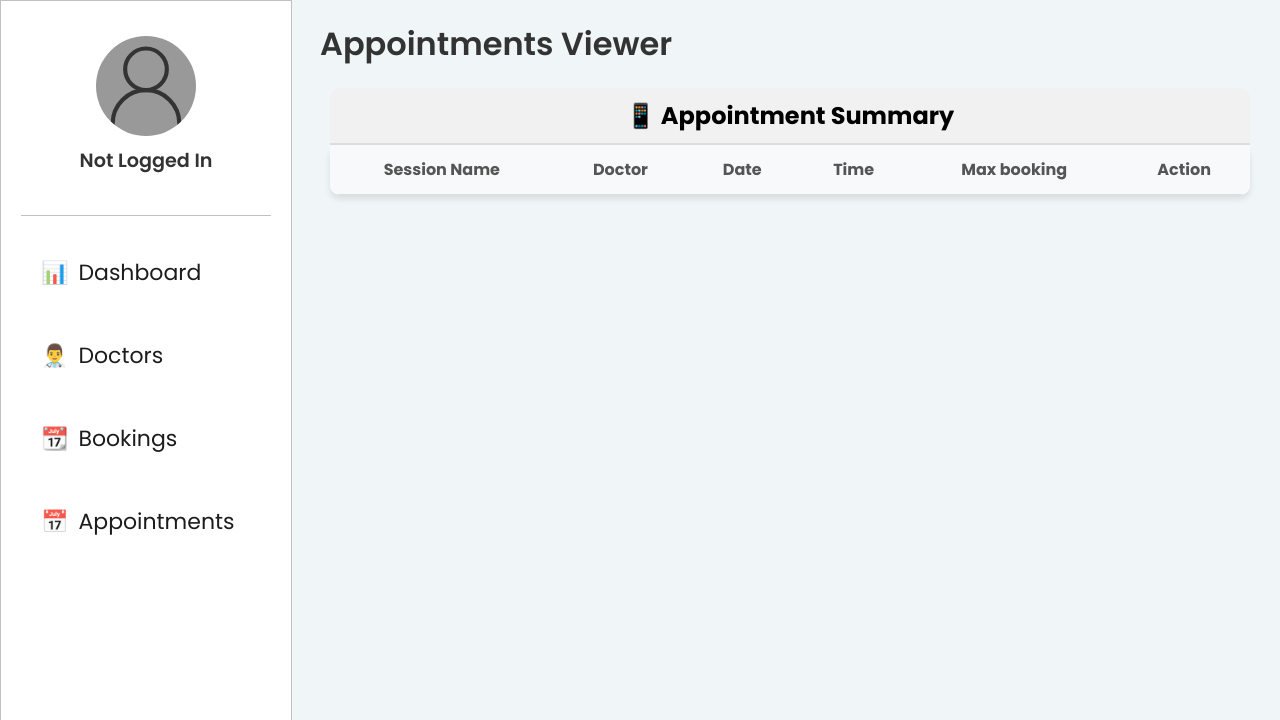
Repository: AriaFantom/Minor-Project
Page: http://localhost/Project/dashboard/patient/appointments.jsp
These files come from the project's save history. The page is drawn as it stood at one moment and after the next save; the edit follows.
The browser window is 1280 px wide. The pictures show the whole page.
Some web fonts or font styles are not loaded; a fallback is used. The page is served by Tomcat 10. Other server files are loaded and not shown. Queries for data that is not in the repository find no rows.

Above is the page before, as saved 2025-01-11 15:06:54.

### Project/src/main/webapp/dashboard/patient/appointments.jsp
<%@ page language="java" contentType="text/html; charset=UTF-8"
    pageEncoding="UTF-8"%>
    <%@page import="java.sql.*" %>
<%@ page import="java.text.SimpleDateFormat" %>
<%@ page import="java.util.Date" %>
<!DOCTYPE html>
<html lang="en">
<head>
  <meta charset="UTF-8">
  <title>Title</title>
  <link rel="stylesheet" href="../../css/patient-panel.css">
</head>
<body>
<aside class="side-bar">
  <div class="user-info">
    <svg xmlns="http://www.w3.org/2000/svg" width="24" height="24" viewBox="0 0 24 24" fill="none"
         stroke="currentColor"
         stroke-width="1" stroke-linecap="round" stroke-linejoin="round" class="user-avatar">
      <circle cx="12" cy="8" r="5"/>
      <path d="M20 21a8 8 0 0 0-16 0"/>
    </svg>
     <%
                String username = "";
                String doctorEmail = (String) session.getAttribute("email");
                Connection conn = null;
                PreparedStatement pstm = null;
                ResultSet rs = null;
                try {
                    Class.forName("com.mysql.cj.jdbc.Driver");
                    String url="jdbc:mysql://localhost:3306/minorproject";
                    String uid="root";
                    String upass="1234";
                    conn=DriverManager.getConnection(url,uid,upass);

                    pstm = conn.prepareStatement("SELECT username from patients where email = ?");
                    pstm.setString(1, doctorEmail);
                    rs = pstm.executeQuery();
                    if (rs.next()) {
                        username = rs.getString("username");
                    }
                } catch (Exception e) {
                    e.printStackTrace();
                }
            %>
        <p><%= username != null && !username.trim().isEmpty() ? username : "Not Logged In" %></p>
  </div>
  <ul class="siderbar-navlinks">
    <li>
      <a href="panel.jsp">
        <div class="icon">📊</div>
        Dashboard
      </a>
    </li>
    <li>
      <a href="doctor.jsp">
        <div class="icon">👨‍⚕️</div>
        Doctors
      </a>
    </li>
    <li>
      <a href="booking.jsp">
        <div class="icon">📆</div>
        Bookings
      </a>
    </li>
    <li>
      <a href="appointments.jsp">
        <div class="icon">📅</div>
        Appointments
      </a>
    </li>
  </ul>
</aside>
<main>
  <div class="top-heading">
    <h4 class="panel-heading">Appointments Viewer</h4>
  </div>
  <div class="container">
    <table class="appointment-table">
      <caption>📱 Appointment Summary</caption>
      <thead>
      <tr>
        <th>Session Name</th>
        <th>Doctor</th>
        <th>Date</th>
        <th>Time</th>
        <th>Max booking</th>
        <th>Action</th>
      </tr>
      </thead>
      <tbody>
    <%
    try {
        Class.forName("com.mysql.cj.jdbc.Driver");
        String url="jdbc:mysql://localhost:3306/minorproject";
        String uid="root";
        String upass="1234";
        conn=DriverManager.getConnection(url,uid,upass);
        pstm = conn.prepareStatement("SELECT "+
        	    "s.name AS `session`, " +
        	    "a.id AS `appointmentid`, " +
        	    "p.username AS `patient`, " +
        	    "s.week AS `week`, " +
        	    "s.start_time AS `start`, " +
        	    "s.end_time AS `end` " +
        	"FROM " +
        	    "appointments a " +
        	"INNER JOIN " +
        	    "doctors d ON a.doctor_id = d.id " +
        	"INNER JOIN " +
        	    "patients p ON a.patient_id = p.id " +
        	"INNER JOIN " +
        	    "schedule s ON a.schedule = s.id " +
        	"WHERE " +
        	    "p.email = ? " +
        	"ORDER BY " +
        	    "s.week ASC, " +
        	    "s.start_time ASC; ");

        pstm.setString(1, doctorEmail);
        rs = pstm.executeQuery();

        while (rs.next()) {
        	String name = rs.getString("session");
        	int appointment_id = rs.getInt("appointmentid");
        	String patient = rs.getString("patient");
        	int week = rs.getInt("week");
            String[] days = {"Monday", "Tuesday", "Wednesday", "Thursday", "Friday", "Saturday", "Sunday"};
            String dayName = (week >= 1 && week <= 7) ? days[week - 1] : "Unknown Day";
            String startTime = rs.getString("start");
            String endTime = rs.getString("end");
            String formattedStartTime = startTime.substring(0, 5);
            String formattedEndTime = endTime.substring(0, 5);

    %>
      <tr>
        <td>Shirt</td>
        <td>$20</td>
        <td>10</td>
        <td>$200</td>
        <td>10</td>
        <td>$200</td>
      </tr>
       <% }
                    } catch (Exception e) {
                 e.printStackTrace(); %>
                 <tr>
                    <td colspan="7" style="color:red;">Error retrieving sessions</td>
                </tr>
            <% } %>
      </tbody>
    </table>
  </div>
</main>

</body>
</html>

### Project/src/main/webapp/css/patient-panel.css
@import url('https://fonts.googleapis.com/css2?family=DM+Serif+Text:ital@0;1&family=PT+Sans:ital,wght@0,400;0,700;1,400;1,700&family=Poppins:ital,wght@0,100;0,200;0,300;0,400;0,500;0,600;0,700;0,800;0,900;1,100;1,200;1,300;1,400;1,500;1,600;1,700;1,800;1,900&family=Ubuntu:ital,wght@0,300;0,400;0,500;0,700;1,300;1,400;1,500;1,700&display=swap');

* {
    margin: 0;
    padding: 0;
}

body {
    background-color: #f0f6f8;
}


.side-bar {
    background: #fff;
    font-family: "Poppins", sans-serif;
    position: fixed;
    padding: 5px 20px;
    top: 0;
    left: 0;
    width: 250px;
    height: 100%;
    border: 1px solid rgba(51, 51, 51, 0.3);
    transition: 0.5s;
}

.user-info {
    display: flex;
    flex-direction: column;
    justify-content: center;
    align-items: center;
    padding: 30px 0px;
    border-bottom: 1px solid rgba(51, 51, 51, 0.3);
}

.user-avatar {
    width: 100px;
    height: 100px;
    border-radius: 50%;
    color: #333333;
    background: #999999;
}

.user-info p {
    margin: 10px 0;
    font-size: 1.2rem;
    font-weight: 600;
    color: #333333;
}

/* Nav Links */

.siderbar-navlinks {
    display: flex;
    flex-direction: column;
    gap: 10px;
    margin-top: 20px;
    list-style: none;
}

.side-bar li,
.side-bar a {
    text-decoration: none;
    font-size: 22px;
    display: flex;
    color: rgba(0, 0, 0, 0.89);
    gap: 10px;
    align-items: center;
    cursor: pointer;
    padding: 10px;
    transition: 0.5s;
}

.side-bar li:hover {
    background: #96c2c2;
    border-radius: 5px;
}

main {
    font-family: "Poppins", sans-serif;
    margin-left: 300px;
    padding: 20px;

}

.top-heading {
    display: flex;
    flex-direction: row;
    justify-content: space-between;
    margin-bottom: 20px;
}

.add-button {
    background-color: #3d8182;
    color: white;
    padding: 10px 20px;
    border-radius: 5px;
    font-size: 1.2rem;
    font-weight: 600;
    cursor: pointer;
    transition: 0.5s;
    border: none;
}

.panel-heading {
    font-size: 2rem;
    font-weight: 600;
    color: #333333;
}

.stats-container {
    display: grid;
    grid-template-columns: repeat(4, 1fr);
    gap: 20px;

    width: 100%;
}

.stats-card {
    background-color: white;
    border-radius: 12px;
    box-shadow: 0 8px 20px rgba(0, 0, 0, 0.08);
    padding: 25px;
    text-align: center;
    transition: all 0.3s ease;
    position: relative;
    overflow: hidden;
}

.stats-card:hover {
    transform: translateY(-10px);
    box-shadow: 0 12px 25px rgba(0, 0, 0, 0.12);
}

.stats-icon {
    font-size: 45px;
    margin-bottom: 15px;
    opacity: 0.7;
}

.stats-number {
    font-size: 36px;
    font-weight: bold;
    color: #2c3e50;
    margin-bottom: 10px;
}

.stats-label {
    font-size: 14px;
    color: #7f8c8d;
    text-transform: uppercase;
    letter-spacing: 1px;
}

/* All the tables in the main section */
.container {
    margin: 20px 10px;
    display: flex;
    gap: 40px;
    justify-content: space-between;
}

.appointment-table {
    width: 100%;
    border-collapse: collapse;
    background-color: #fff;
    border-radius: 10px;
    box-shadow: 0 4px 6px rgba(0, 0, 0, 0.1);
    overflow: hidden;
}

.appointment-table caption {
    font-size: 1.5em;
    font-weight: bold;
    padding: 10px;
    text-align: center;
    background-color: #f1f1f1;
    border-bottom: 2px solid #ddd;
}

.appointment-table th, .appointment-table td {

    padding: 12px 18px;
    text-align: center;
    border-bottom: 1px solid #ddd;
}

.appointment-table th {
    background-color: #f8f9fa;
    color: #555;
}

.appointment-table tr:hover {
    background-color: #f1f1f1;
}

.appointment-table td {
    font-size: 1em;
}

.bookings-container {
    display: flex;
    flex-direction: column;
    gap: 4px;
}

.bookings-card,
.doctor-card {
    cursor: pointer;
    display: flex;
    flex-direction: column;
    gap: 5px;
    background-color: white;
    border-radius: 12px;
    box-shadow: 0 8px 20px rgba(0, 0, 0, 0.08);
    padding: 25px;
    text-align: start;
    transition: all 0.3s ease;
    position: relative;
    overflow: hidden;
}

.bookings-card:hover,
.doctor-card:hover {
    box-shadow: 0 12px 25px rgba(0, 0, 0, 0.12);
}

.bookings-card h2 {
    font-size: 1.5rem;
    font-weight: 600;
    color: #59a5a6;
}

.highlight-text {
    font-size: 1.2rem;
    font-weight: 600;
    color: #333333;
}
.searchbar-header {
    display: flex;
    flex-direction: row;
    justify-content: space-between;
    align-items: center;
    margin-bottom: 20px;
    width: 100%;
}
.searchbar-header input {
    padding: 10px;
    border-radius: 5px;
    border: 1px solid #ccc;
    width: 300px;
    font-size: 1.2rem;
}
.searchbar-header button {
    padding: 10px 20px;
    border-radius: 5px;
    background-color: #3d8182;
    color: white;
    font-size: 1.2rem;
    font-weight: 600;
    cursor: pointer;
    border: none;
}

.doctors-container {
    display: flex;
    flex-wrap: wrap;
    gap: 20px;
}
.doctor-card {
	width: 300px;
	height: 300px;
    padding: 20px 40px;
    display: flex;
    flex-direction: column;
    align-items: center;
    text-align: center;
}


.slots-container {
        margin-top: 10px;
    }
.slots-label {
        font-weight: bold;
        color: #333;
    }
.slots-select {
        margin-top: 5px;
        width: 100%;
        padding: 5px;
        border-radius: 4px;
        border: 1px solid #ccc;
        font-size: 14px;
        background: #fff;
    }
.no-schedules {
        margin-top: 5px;
        color: #888;
        font-size: 14px;
}
.alert {
            padding: 15px;
            margin: 20px auto;
            border-radius: 4px;
            width: 95%;
            font-size: 16px;
            text-align: center;
}
.alert-success {
            color: #155724;
            background-color: #d4edda;
            border: 1px solid #c3e6cb;
}
.alert-danger {
            color: #721c24;
            background-color: #f8d7da;
            border: 1px solid #f5c6cb;
 }
.errordiv {
	display: flex;
	flex-direction: column;
	align-items:center;
	justify-content:center;
	background-color: #96c2c2;
	height: 100vh;
	width: 100%;
	font-family: "Poppins", sans-serif;
}

.errordiv h1 {
	text-transform: uppercase;
}

After the next save:
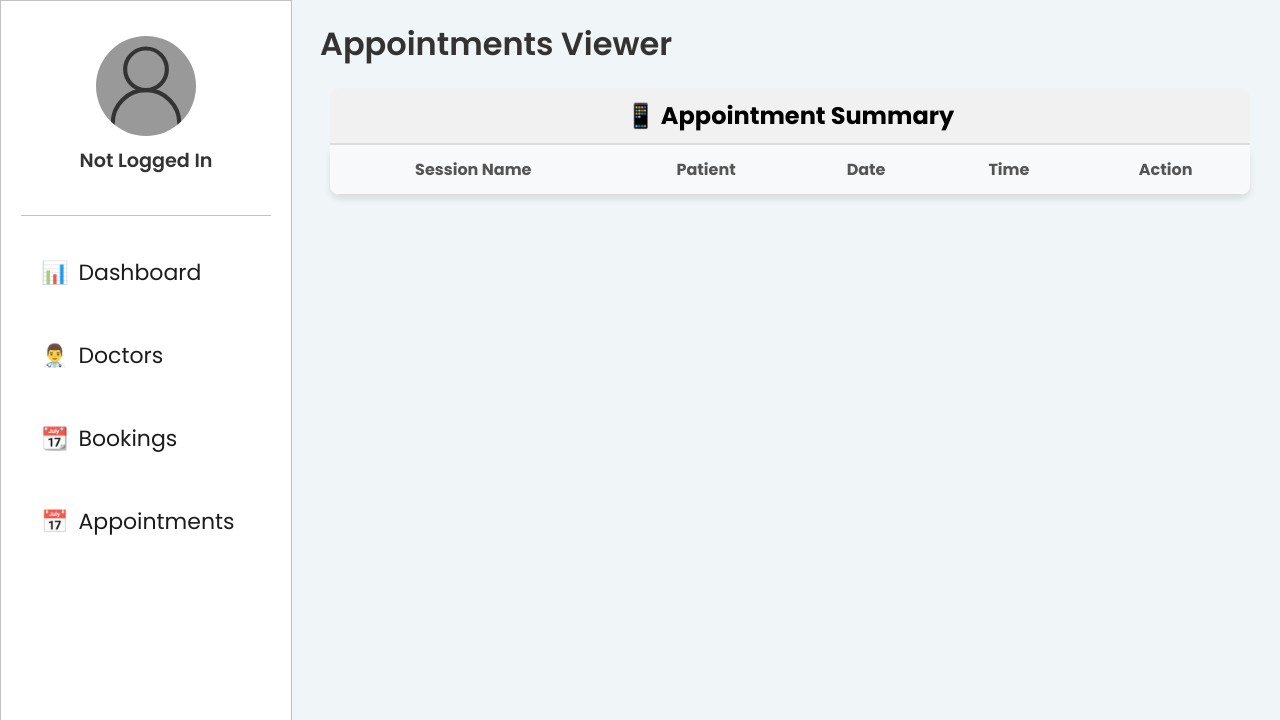
Saved 62 s later.
--- a/Project/src/main/webapp/dashboard/patient/appointments.jsp
+++ b/Project/src/main/webapp/dashboard/patient/appointments.jsp
@@ -80,12 +80,12 @@
       <caption>📱 Appointment Summary</caption>
       <thead>
       <tr>
-        <th>Session Name</th>
-        <th>Doctor</th>
-        <th>Date</th>
-        <th>Time</th>
-        <th>Max booking</th>
-        <th>Action</th>
+                <th>Session Name</th>
+                <th>Patient</th>
+                <th>Date</th>
+                <th>Time</th>
+            	<!-- <th>Max booking</th> -->
+                <th>Action</th>
       </tr>
       </thead>
       <tbody>
